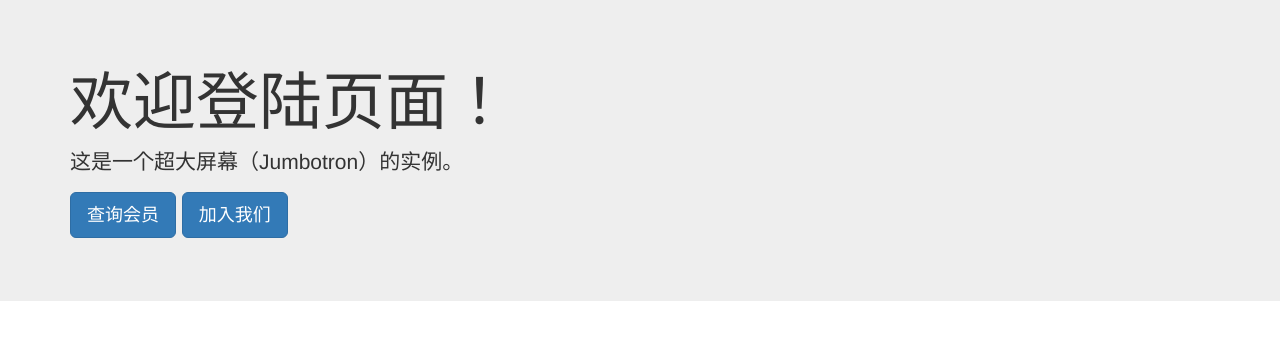
Repository: HelloChuang/HelloChuang-EclipseWorkSpace
Page: http://localhost/RetestServlet2/
These files come from the project's save history. The page is drawn as it stood at one moment and after the next save; the edit follows.
The browser window is 1280 px wide. The pictures show the whole page.
The page is served by Tomcat 9. Other server files are loaded and not shown.

Above is the page before, as saved 2018-10-31 03:48:04.

### EclipseWorkSpace/RetestServlet2/WebContent/index.jsp
<%@ page language="java" contentType="text/html; charset=UTF-8"
    pageEncoding="UTF-8"%>
<!DOCTYPE>
<html>
<head>
<meta http-equiv="Content-Type" content="text/html; charset=UTF-8">
<link rel="stylesheet" type="text/css" href="${pageContext.request.contextPath}/css/bootstrap.min.css">
<script type="text/javascript"  href="${pageContext.request.contextPath}/js/jquery-1.9.1.js"></script>
<script type="text/javascript"  href="${pageContext.request.contextPath}/js/bootstrap.min.js"></script>
<title>首页</title>
</head>
<body>
<div class="jumbotron">
    <div class="container">
        <h1>欢迎登陆页面！</h1>
        <p>这是一个超大屏幕（Jumbotron）的实例。</p>
        <p><a class="btn btn-primary btn-lg" role="button" href="FindUserByPageList?pageIndex=1">
         查询会员</a>
         <a class="btn btn-primary btn-lg" role="button" href="user_add.jsp">
         加入我们</a>
        </p>
    </div>
</div>
</body>
</html>

Loaded but not shown: EclipseWorkSpace/RetestServlet2/WebContent/css/bootstrap.min.css (library)

After the next save:
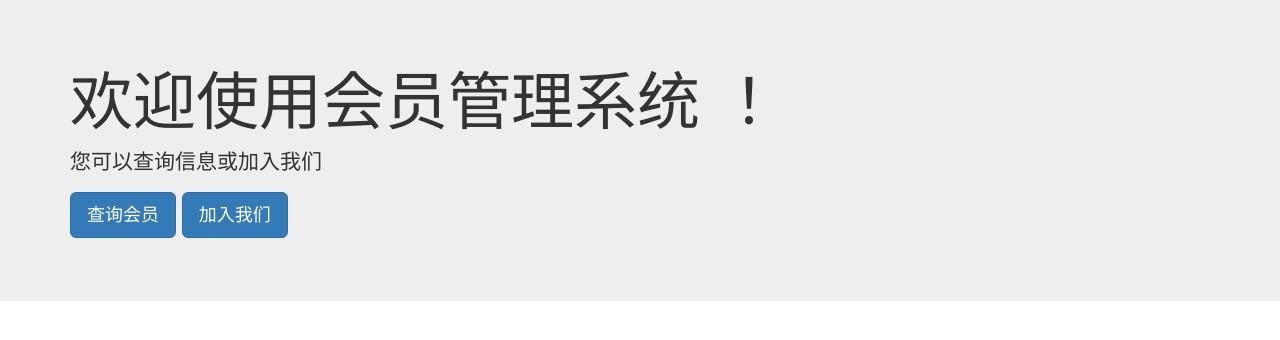
Saved 72 s later.
--- a/EclipseWorkSpace/RetestServlet2/WebContent/index.jsp
+++ b/EclipseWorkSpace/RetestServlet2/WebContent/index.jsp
@@ -12,8 +12,8 @@
 <body>
 <div class="jumbotron">
     <div class="container">
-        <h1>欢迎登陆页面！</h1>
-        <p>这是一个超大屏幕（Jumbotron）的实例。</p>
+        <h1>欢迎使用会员管理系统 ！</h1>
+        <p>您可以查询信息或加入我们</p>
         <p><a class="btn btn-primary btn-lg" role="button" href="FindUserByPageList?pageIndex=1">
          查询会员</a>
          <a class="btn btn-primary btn-lg" role="button" href="user_add.jsp">
